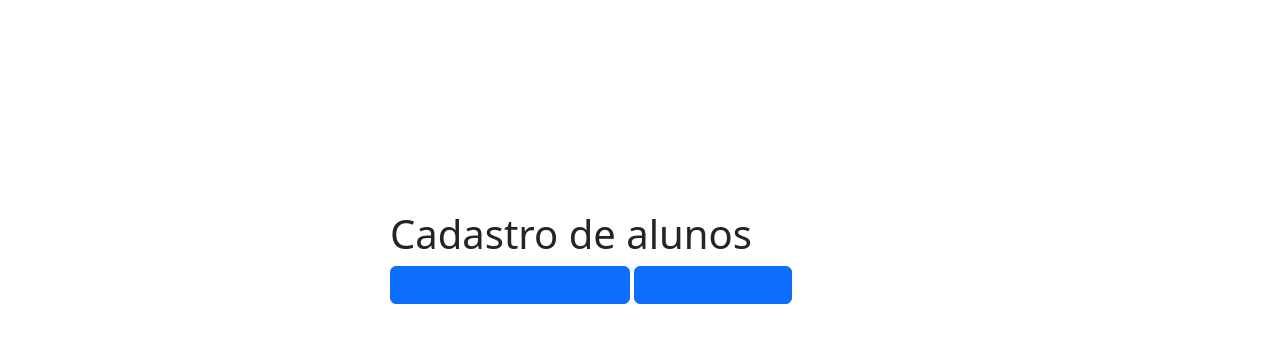
Repository: juliatbarbosa/CRUD-ALUNOS
Page: http://localhost/OlaMundo/alunos/cadastro/index.jsp
These files come from the project's save history. The page is drawn as it stood at one moment and after a run of saves; the edit follows.
The browser window is 1280 px wide. The pictures show the whole page.
The page is served by Tomcat 9.

Above is the page before, as saved 2024-09-29 21:07:43.

After the next 2 saves:
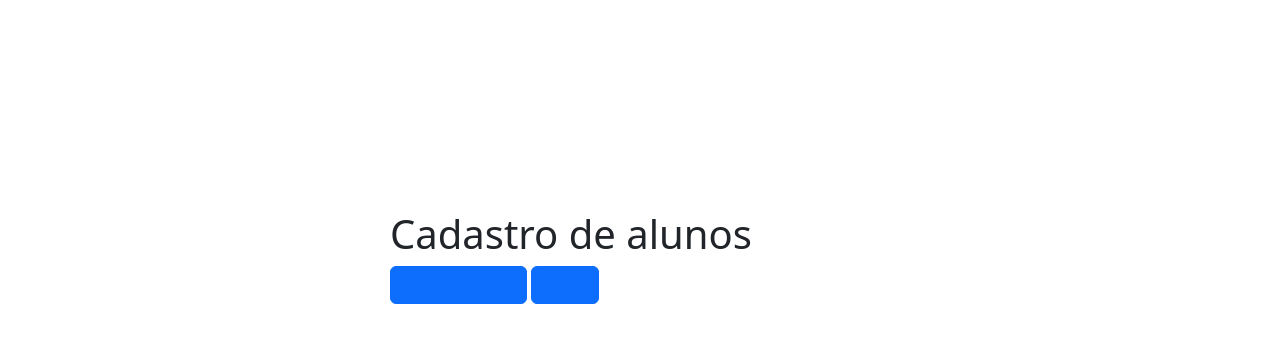
The 2 saves are shown as one change because they came seconds apart.
The last was saved 14 s later.
--- a/OlaMundo/src/main/webapp/alunos/cadastro/index.jsp
+++ b/OlaMundo/src/main/webapp/alunos/cadastro/index.jsp
@@ -35,11 +35,9 @@ body {
 
 	<div class="botoes">
 			<button type="button" class="btn btn-primary">
-				<a href="index.jsp">Página inicial</a>
 				<a href="formulario.jsp?id=0">Novo Cadastro</a>
 			</button>
 			<button type="button" class="btn btn-primary">
-				<a href="formulario.jsp?id=0">Novo aluno</a>
 				<a href="listar.jsp">Listar</a>
 			</button>
 
